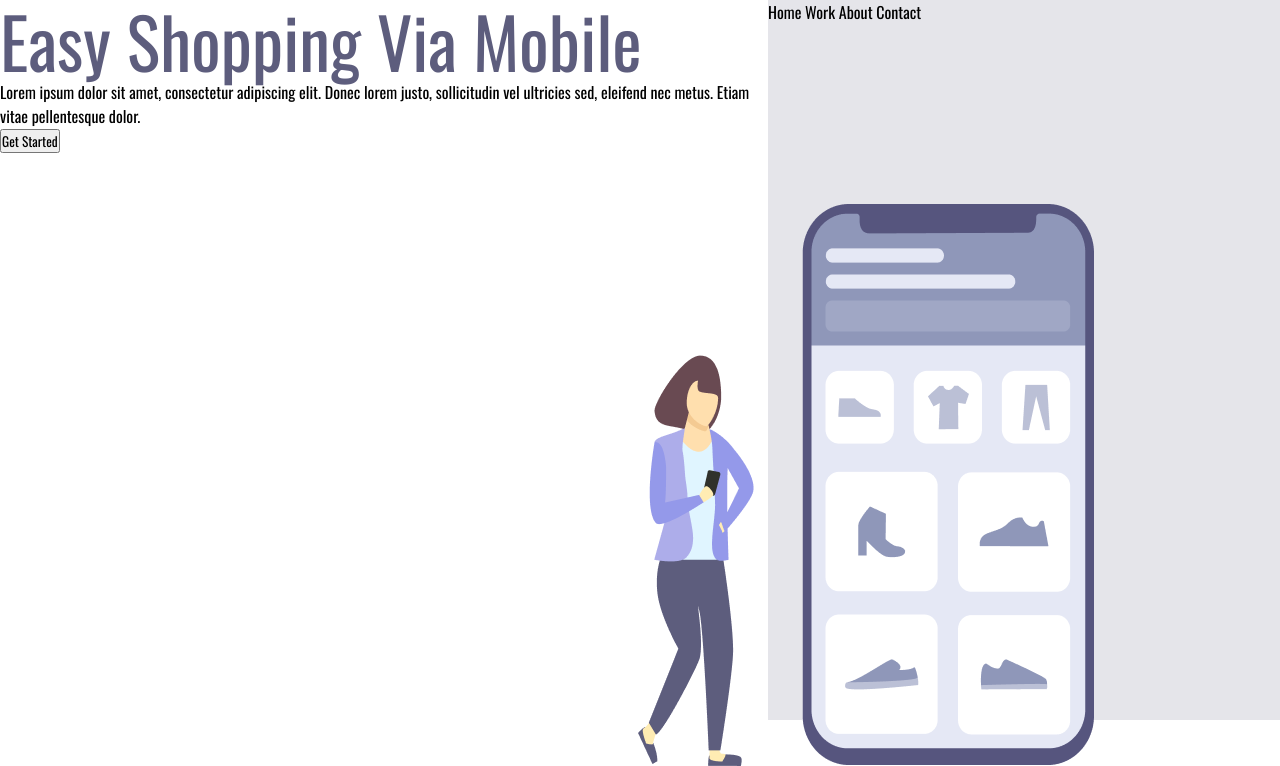
Repository: Leo-Marques-882/Projeto-Git-2
Page: index.html
The author's editor kept a copy of each file at every save. The page is drawn from the files as they stood at one save, then again after the next save.
The browser window is 1280 px wide. The pictures show the whole page.

Above is the page before, as saved 2023-03-06 23:04:04.

After the next save:
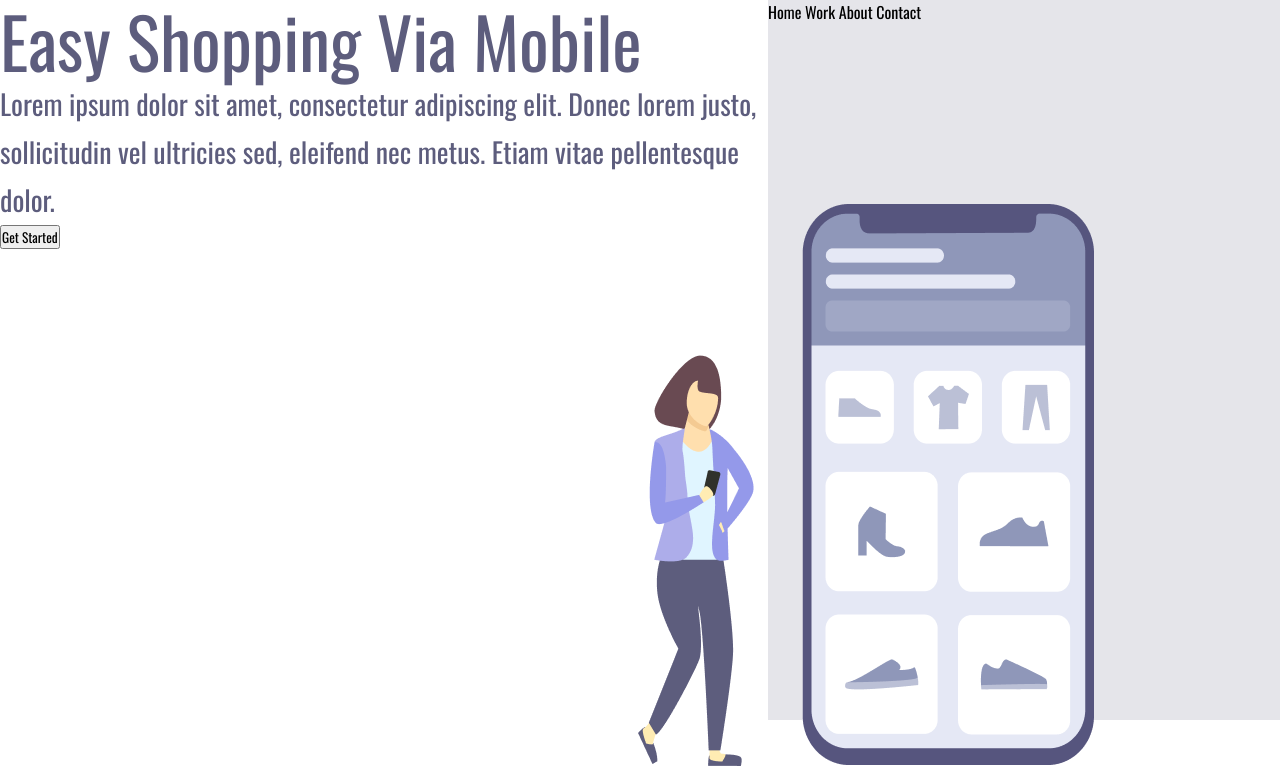
Saved 94 s later.
--- a/styless.css
+++ b/styless.css
@@ -23,6 +23,13 @@
     color: #5D5D7D;
 }
 
+p {
+    font-weight: 400;
+    font-size: 28px;
+    line-height: 48px;
+    color: #5D5D7D;
+}
+
 .container-right {
     display: inline-block;
     background-color: rgba(93, 93, 125, 0.16);
